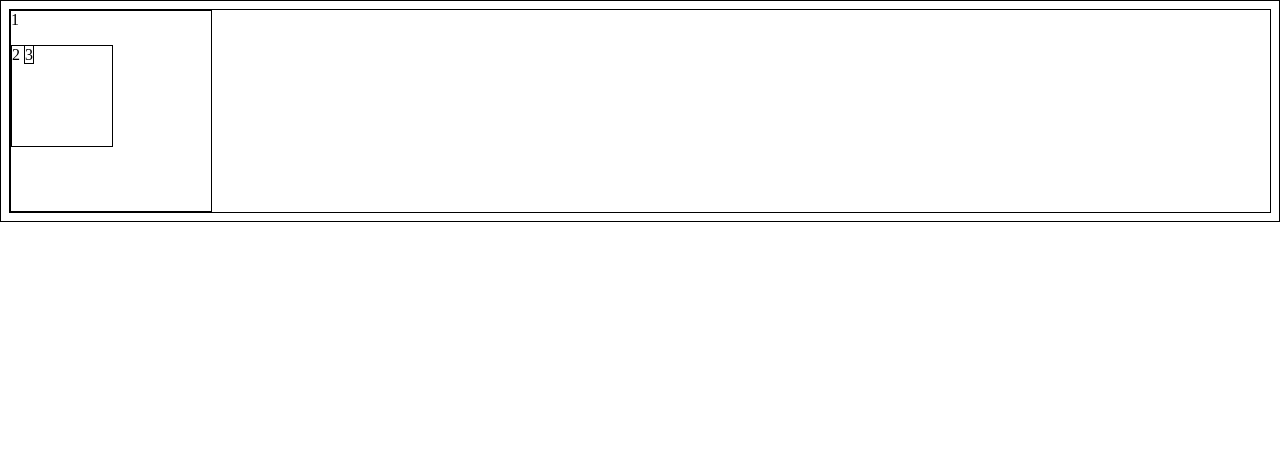
Repository: seungsu12/carrot
Page: http://localhost/carrot/test.jsp
The author's editor kept a copy of each file at every save. The page is drawn from the files as they stood at one save, then again after the next save.
The browser window is 1280 px wide. The pictures show the whole page.
The page is served by Tomcat 9. Other server files are loaded and not shown.

Above is the page before, as saved 2021-10-06 11:49:16.

### carrot/WebContent/test.jsp
<%@ page language="java" contentType="text/html; charset=UTF-8"
    pageEncoding="UTF-8"%>
<!DOCTYPE html>
<html>
<head>
<meta charset="UTF-8">
<title>Insert title here</title>
<style>
	*{
		border :1px solid black;
	}
	div{
		width: 200px;
		height:200px;
	}
	p{
		width : 100px;
		height:100px
	}
	span{
		width: 50px;
		height: 50px;
	}
</style>
</head>
<body>



	<div onclick="event1()">
	1
		<p onclick="event2()">
		2
			<span onclick="event3()"> 3</span>

		</p>

	</div>
</body>

<script>

	function event1(){
		console.log("div event");
	}
	function event2(){
		console.log("p event");
	}
	function event3(){
		console.log("span event");
	}

</script>
</html>

After the next save:
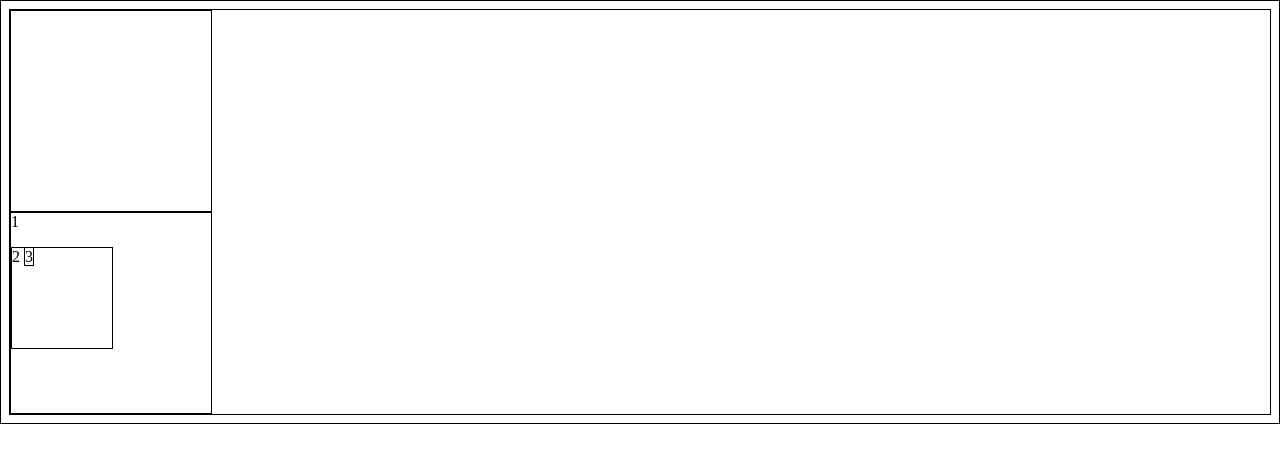
Saved 23 min 48 s later.
--- a/carrot/WebContent/test.jsp
+++ b/carrot/WebContent/test.jsp
@@ -25,7 +25,8 @@
 </head>
 <body>
 
-
+	<div onclick="event4()">
+	</div>
 
 	<div onclick="event1()">
 	1
@@ -39,6 +40,9 @@
 </body>
 
 <script>
+	function event4(){
+		console.log("anotehr event");
+	}
 
 	function event1(){
 		console.log("div event");
